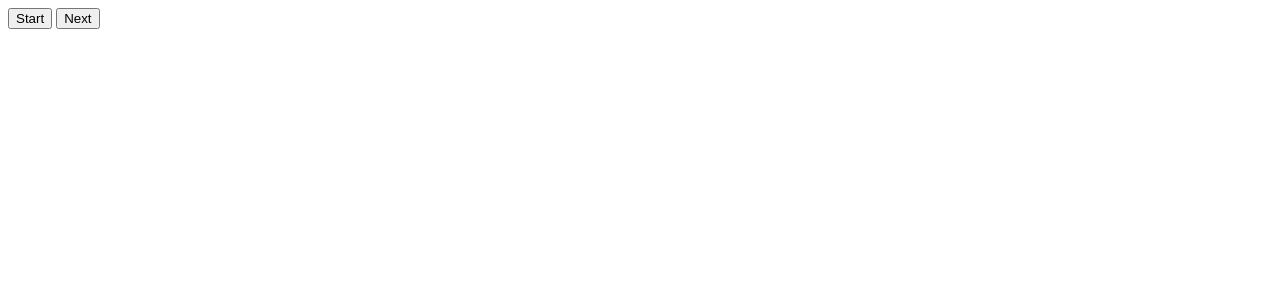
Repository: DaNiels89/quiz-js
Page: index.html
These files come from the project's save history. The page is drawn as it stood at one moment and after the next save; the edit follows.
The browser window is 1280 px wide. The pictures show the whole page.

Above is the page before, as saved 2020-06-22 09:31:36.

### index.html
<!DOCTYPE html>
<html lang="en">

<head>
    <meta charset="UTF-8">
    <meta name="viewport" content="width=device-width, initial-scale=1.0">
    <title>Quiz</title>
</head>

<body>
    <div class="container">
        <div id="question-container" class="hide">
            <div class="controls">
                <button id="start-btn" class="start-btn btn">Start</button>
                <button id="next-btn" class="next-btn btn">Next</button>
            </div>
        </div>
    </div>
</body>

</html>

After the next save:
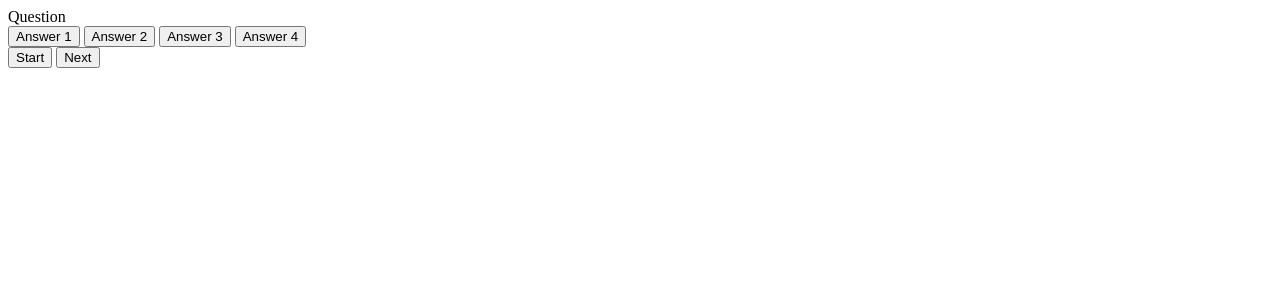
Saved 3 min 27 s later.
--- a/index.html
+++ b/index.html
@@ -10,10 +10,17 @@
 <body>
     <div class="container">
         <div id="question-container" class="hide">
-            <div class="controls">
-                <button id="start-btn" class="start-btn btn">Start</button>
-                <button id="next-btn" class="next-btn btn">Next</button>
+            <div class="question">Question</div>
+            <div class="btn-grid" id="answer-buttons">
+                <button class="btn">Answer 1</button>
+                <button class="btn">Answer 2</button>
+                <button class="btn">Answer 3</button>
+                <button class="btn">Answer 4</button>
             </div>
+        </div>
+        <div class="controls">
+            <button id="start-btn" class="start-btn btn">Start</button>
+            <button id="next-btn" class="next-btn btn">Next</button>
         </div>
     </div>
 </body>
